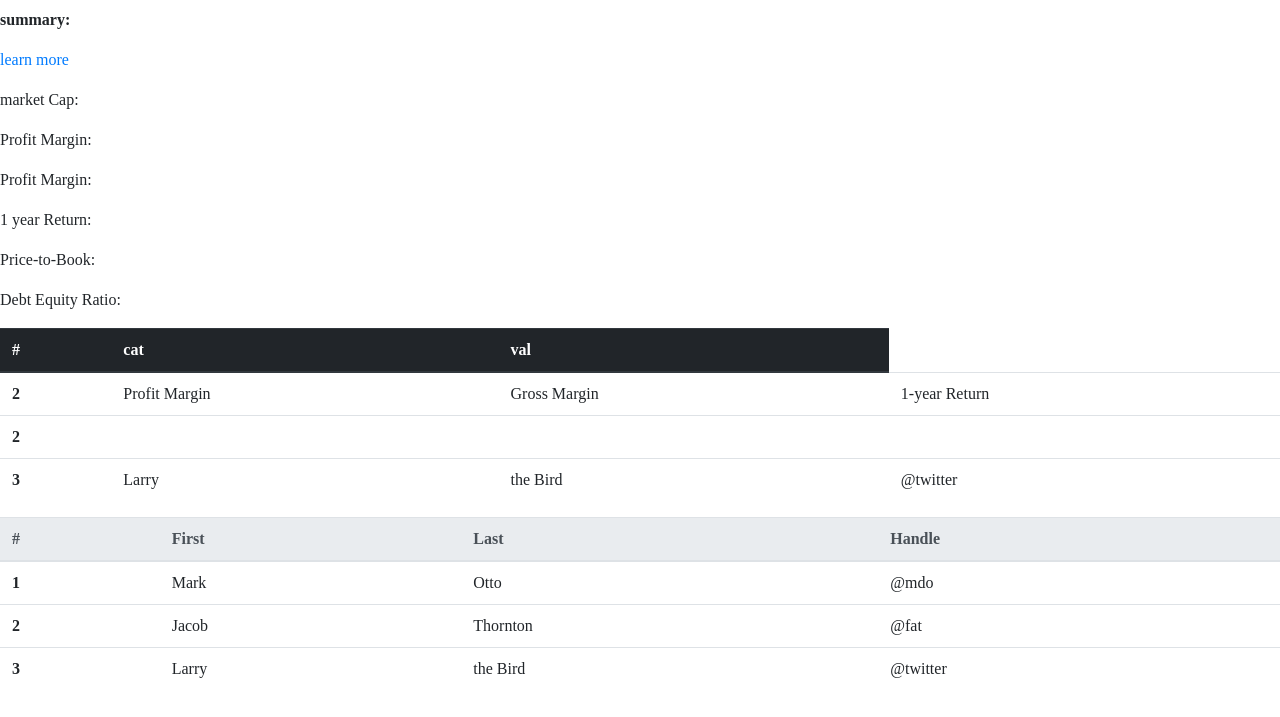
Repository: brendan12372/theSite
Page: topTen/templates/stocks/stock_detail.html
The author's editor kept a copy of each file at every save. The page is drawn from the files as they stood at one save, then again after the next save.
The browser window is 1280 px wide. The pictures show the whole page.
Some web libraries are served in a nearby version. The page is served by the project's application, run on Django 4.2 (manage.py). Other server files are loaded and not shown. The template is opened directly, without the code that normally fills it, so the values that code supplies are empty.

Above is the page before, as saved 2022-03-14 23:55:54.

### topTen/templates/stocks/stock_detail.html
{% load static %}
{{ static }}

<html lang="en">
  <head>
    <!-- Required meta tags -->
    <meta charset="utf-8">
    <meta name="viewport" content="width=device-width, initial-scale=1, shrink-to-fit=no">

    <!-- Bootstrap CSS -->
    <link rel="stylesheet" href="https://cdn.jsdelivr.net/npm/bootstrap@4.0.0/dist/css/bootstrap.min.css" integrity="sha384-Gn5384xqQ1aoWXA+058RXPxPg6fy4IWvTNh0E263XmFcJlSAwiGgFAW/dAiS6JXm" crossorigin="anonymous">
    <link rel="stylesheet" type="text/css" href="{% static 'topTen/style.css' %}"><!doctype html>

    <title>Hello, world!</title>
  </head>
  <body>

    <h1 class="display-3 text-center">{{ object.shortName }}</h1>
    <p class="text-start font-weight-bold"> summary:</p><p>{{ object.summary }}</p>
    <p>{{object.news}}<a href={{object.link}}>learn more</a> </p>

    <p>market Cap: {{ object.marketCap }}</p>


    <p>Profit Margin: {{ object.profitMargins }}</p>
    <p>Profit Margin: {{ object.grossMargins }}</p>
    <p>1 year Return: {{ object.yearReturn }}</p>
    <p>Price-to-Book: {{ object.PriceToBook}}</p>
    <p>Debt Equity Ratio: {{ object.debtEquityRatio}}</p>

    <table class="table">
      <thead class="thead-dark">
        <tr>
          <th scope="col">#</th>
          <th scope="col">cat</th>
          <th scope="col">val</th>
        </tr>
      </thead>
      <tbody>
        <tr>
          <th scope="row">2</th>
          <td>Profit Margin</td>
          <td>Gross Margin</td>
          <td>1-year Return</td>
        </tr>
        <tr>
          <th scope="row">2</th>
          <td>{{object.profitMargins}}</td>
          <td>{{object.grossMargins}}</td>
          <td>{{object.yearReturn}}</td>
        </tr>
        <tr>
          <th scope="row">3</th>
          <td>Larry</td>
          <td>the Bird</td>
          <td>@twitter</td>
        </tr>
      </tbody>
    </table>

    <table class="table">
      <thead class="thead-light">
        <tr>
          <th scope="col">#</th>
          <th scope="col">First</th>
          <th scope="col">Last</th>
          <th scope="col">Handle</th>
        </tr>
      </thead>
      <tbody>
        <tr>
          <th scope="row">1</th>
          <td>Mark</td>
          <td>Otto</td>
          <td>@mdo</td>
        </tr>
        <tr>
          <th scope="row">2</th>
          <td>Jacob</td>
          <td>Thornton</td>
          <td>@fat</td>
        </tr>
        <tr>
          <th scope="row">3</th>
          <td>Larry</td>
          <td>the Bird</td>
          <td>@twitter</td>
        </tr>
      </tbody>
    </table>


    <!-- Optional JavaScript -->
    <!-- jQuery first, then Popper.js, then Bootstrap JS -->
    <script src="https://code.jquery.com/jquery-3.2.1.slim.min.js" integrity="sha384-KJ3o2DKtIkvYIK3UENzmM7KCkRr/rE9/Qpg6aAZGJwFDMVNA/GpGFF93hXpG5KkN" crossorigin="anonymous"></script>
    <script src="https://cdn.jsdelivr.net/npm/popper.js@1.12.9/dist/umd/popper.min.js" integrity="sha384-ApNbgh9B+Y1QKtv3Rn7W3mgPxhU9K/ScQsAP7hUibX39j7fakFPskvXusvfa0b4Q" crossorigin="anonymous"></script>
    <script src="https://cdn.jsdelivr.net/npm/bootstrap@4.0.0/dist/js/bootstrap.min.js" integrity="sha384-JZR6Spejh4U02d8jOt6vLEHfe/JQGiRRSQQxSfFWpi1MquVdAyjUar5+76PVCmYl" crossorigin="anonymous"></script>
  </body>
</html>

### tutorial/urls.py
from django.urls import path, include
from django.contrib import admin

urlpatterns = [
path('admin/', admin.site.urls),
path('', include('stocks.urls')),
path('topTen/', include('topTen.urls')),

]

### stocks/urls.py
from django.urls import path
from stocks import views
from django.contrib import admin

urlpatterns = [
    # path('stocks/', views.stocks_list),
    path('', views.stocks_list2),
    path('<int:pk>/', views.stocks_detail),
    path('<str:sector>/<str:sortBy>/<str:dir>', views.stocks_list),
    path('sectors/<str:sortBy>/<str:dir>', views.sector_list),

]

### topTen/urls.py
from django.urls import path
from topTen import views
urlpatterns = [
    # path('front/', views.front_list),
    # path('front/<int:pk>/', views.stocks_detail),
    path('sector/', views.sector_view,name='sector'),
    path('home/', views.vTwo,name='sort'),
    path('',views.home,name='home'),
    path('<int:pk>/', views.detail.as_view(),name='detail'),


]

### topTen/static/topTen/style.css
 /* Navbar container */
 .theOptions{
  background-color:lightblue;
  text-align: left;
     padding-left: 10%;
}
 article{
margin-top:30px;
 }
 body{
          font-family: "Noto Serif Armenian Light";

 }
.Key{
    background-color: lightblue;
}

.theList{
  background-color:darkgrey;
  text-align: left;
  margin-top: 5px;
    font-family: "Times";
}
p{
         font-family: "Noto Serif Armenian Light";

}
 .navbar {
  overflow: hidden;
  background-color: darkgrey;
  font-family: 'Noto Serif Armenian Light';
     margin-bottom: 30px;
}
 body {
   background-color:'green'
 }

/* Links inside the navbar */
.navbar a {
  float: left;
  font-size: 16px;
  color: white;
  text-align: center;
  padding: 14px 16px;
  text-decoration: none;
}

/* The dropdown container */
.dropdown {
  float: left;
  overflow: hidden;
}

/* Dropdown button */
.dropdown .dropbtn {
  font-size: 16px;
  border: none;
  outline: none;
  color: white;
  padding: 14px 16px;
  background-color: inherit;
  font-family: inherit; /* Important for vertical align on mobile phones */
  margin: 0; /* Important for vertical align on mobile phones */
}

/* Add a red background color to navbar links on hover */
.navbar a:hover, .dropdown:hover .dropbtn {
  background-color: red;
}

/* Dropdown content (hidden by default) */
.dropdown-content {
  display: none;
  position: absolute;
  background-color: #f9f9f9;
  min-width: 160px;
  box-shadow: 0px 8px 16px 0px rgba(0,0,0,0.2);
  z-index: 1;
}

/* Links inside the dropdown */
.dropdown-content a {
  float: none;
  color: black;
  padding: 12px 16px;
  text-decoration: none;
  display: block;
  text-align: left;
}

/* Add a grey background color to dropdown links on hover */
.dropdown-content a:hover {
  background-color: #ddd;
}

/* Show the dropdown menu on hover */
.dropdown:hover .dropdown-content {
  display: block;
}
label {
  ;
}

After the next save:
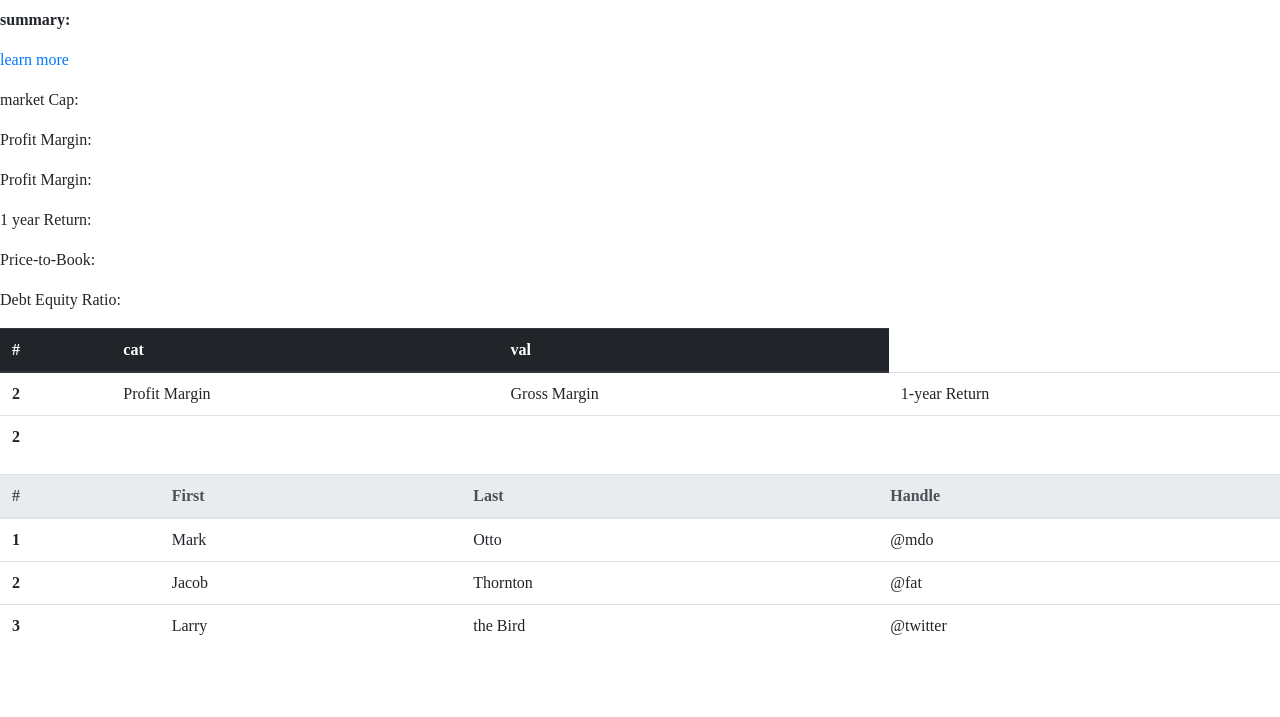
Saved 57 s later.
--- a/topTen/templates/stocks/stock_detail.html
+++ b/topTen/templates/stocks/stock_detail.html
@@ -49,12 +49,7 @@
           <td>{{object.grossMargins}}</td>
           <td>{{object.yearReturn}}</td>
         </tr>
-        <tr>
-          <th scope="row">3</th>
-          <td>Larry</td>
-          <td>the Bird</td>
-          <td>@twitter</td>
-        </tr>
+
       </tbody>
     </table>
 
